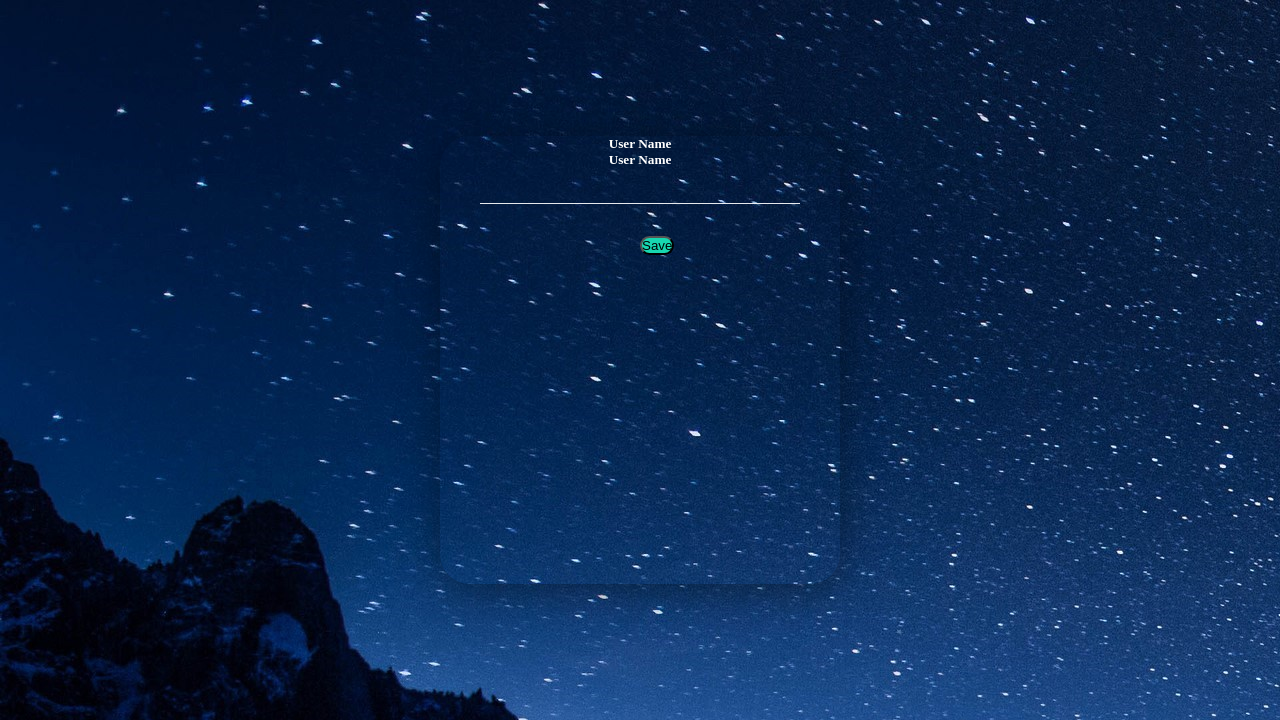
Repository: rkrukshan/Glass_Login_CSS
Page: login.html
The author's editor kept a copy of each file at every save. The page is drawn from the files as they stood at one save, then again after the next save.
The browser window is 1280 px wide. The pictures show the whole page.

Above is the page before, as saved 2023-10-03 20:16:23.

After the next save:
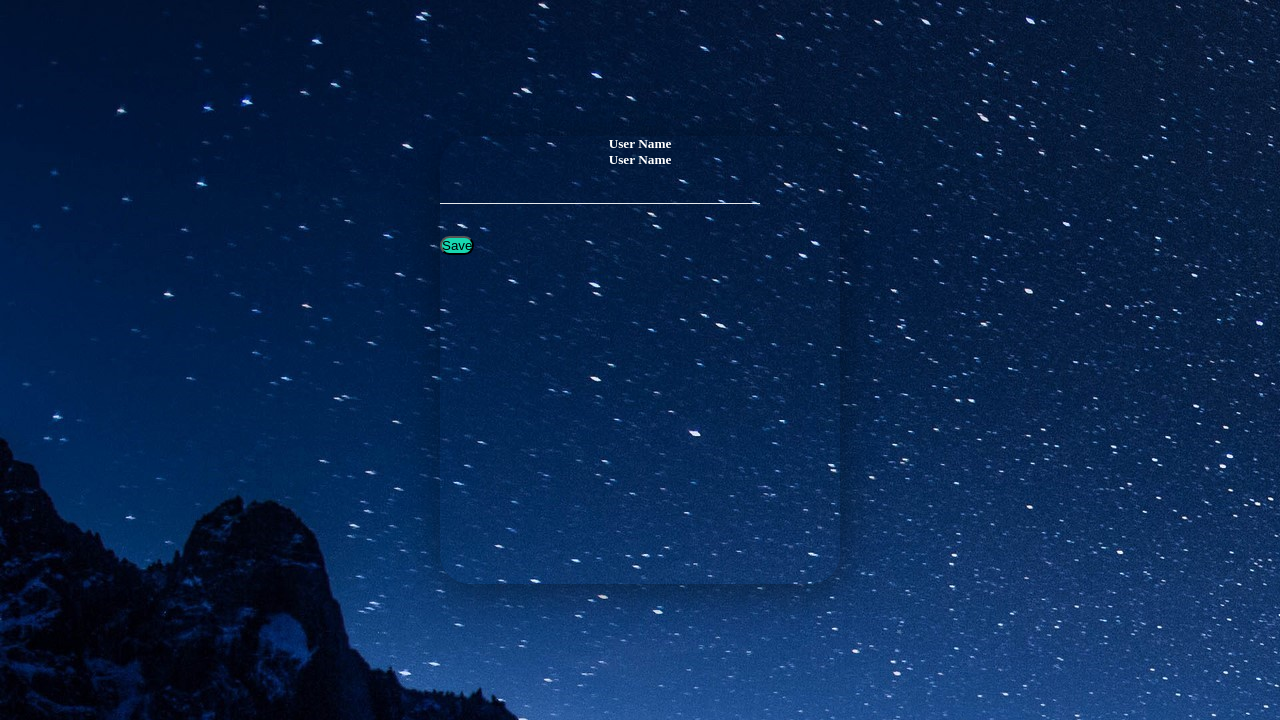
Saved 16 s later.
--- a/login.html
+++ b/login.html
@@ -62,6 +62,7 @@
             <center><label for="" style="color:white">
                     <h5><strong>User Name</strong></h5>
                 </label></center>
+            </label></center>
 
                 <center><label for="" style="color:white">
                     <h5><strong>User Name</strong></h5>

After the save that followed:
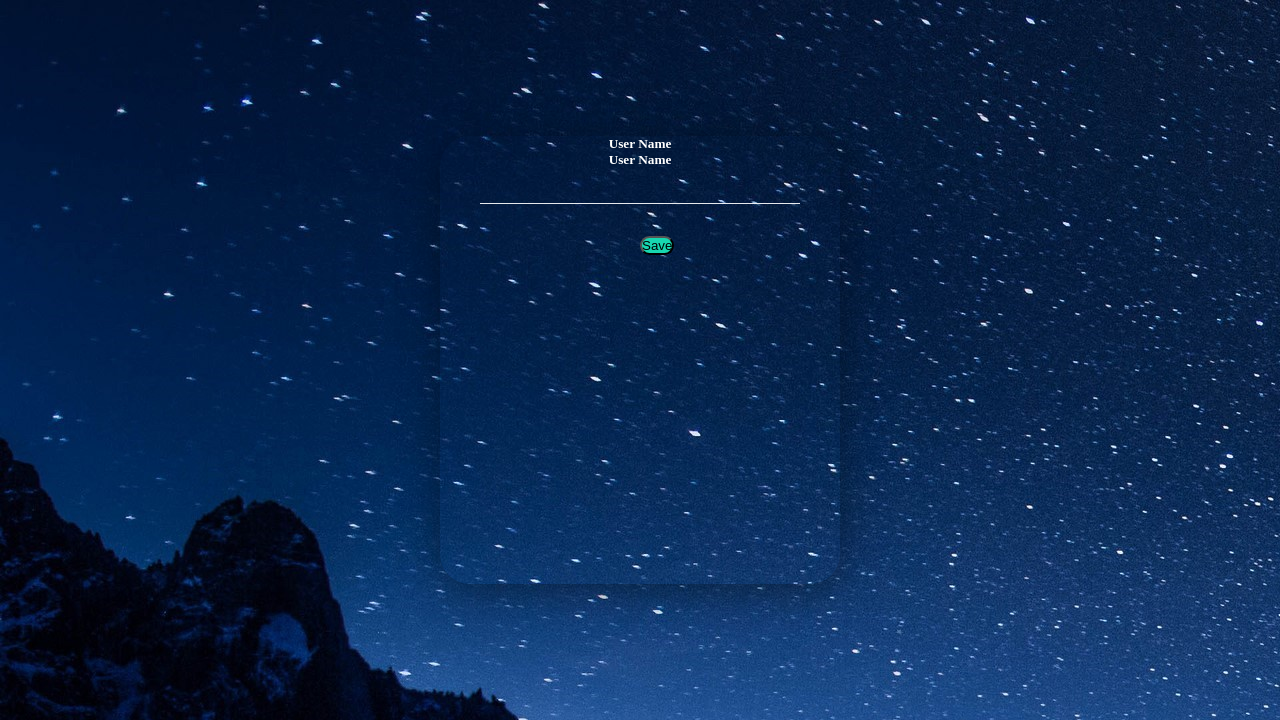
Saved 12 s later.
--- a/login.html
+++ b/login.html
@@ -62,7 +62,6 @@
             <center><label for="" style="color:white">
                     <h5><strong>User Name</strong></h5>
                 </label></center>
-            </label></center>
 
                 <center><label for="" style="color:white">
                     <h5><strong>User Name</strong></h5>
